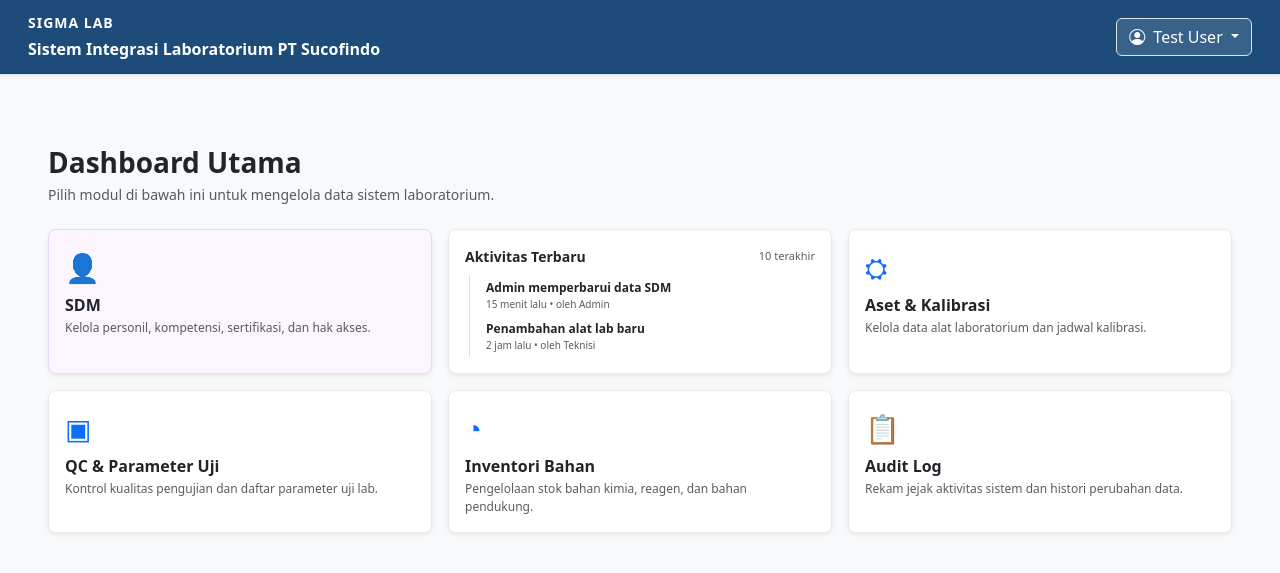
Repository: amelianeesa/sigmalab
Page: http://localhost/dashboard
An editor plug-in stored every save of this project. The page is shown before and after the next save, followed by the edit.
The browser window is 1280 px wide. The pictures show the whole page.
The page is served by the project's Laravel application, run on PHP 8.4 with Laravel 12. A made-up administrator, Test User (test@example.com), is signed in. Other server files are loaded and not shown.

Above is the page before, as saved 2026-08-06 13:17:26.

### routes/web.php
<?php

use Illuminate\Support\Facades\Route;
use App\Http\Controllers\AuthController;
use App\Http\Controllers\SdmController;

Route::get('/', [AuthController::class, 'showLogin']);
Route::get('/login', [AuthController::class, 'showLogin'])->name('login');
Route::post('/login', [AuthController::class, 'processLogin'])->name('login.process');

Route::get('/register', [AuthController::class, 'showRegister'])->name('register');
Route::post('/register', [AuthController::class, 'processRegister'])->name('register.process');

Route::post('/logout', [AuthController::class, 'logout'])->name('logout');

Route::middleware(['auth'])->group(function () {

    Route::get('/dashboard', function () {
        return view('dashboard-index');
    })->name('dashboard');

    Route::get('/sdm', [SdmController::class, 'index'])->name('sdm.index');
    Route::get('/sdm/create', [SdmController::class, 'create'])->name('sdm.create');
    Route::post('/sdm', [SdmController::class, 'store'])->name('sdm.store');
    Route::get('/sdm/{id}/edit', [SdmController::class, 'edit'])->name('sdm.edit');
    Route::put('/sdm/{id}', [SdmController::class, 'update'])->name('sdm.update');
    Route::delete('/sdm/{id}', [SdmController::class, 'destroy'])->name('sdm.destroy');
    Route::patch('/sdm/{id}/aktifkan', [SdmController::class, 'activate'])->name('sdm.activate');
    Route::delete('/sdm/{id}/permanen', [SdmController::class, 'forceDestroy'])->name('sdm.force-destroy');

    Route::get('/sdm/{id}/kompetensi', [SdmController::class, 'kompetensiDetail'])->name('sdm.kompetensi.detail');
    Route::post('/sdm/{id}/kompetensi', [SdmController::class, 'storeKompetensi'])->name('sdm.kompetensi.store');
    Route::put('/sdm/{id}/kompetensi/{kompetensiId}', [SdmController::class, 'updateKompetensi'])->name('sdm.kompetensi.update');
    Route::delete('/sdm/{id}/kompetensi/{kompetensiId}', [SdmController::class, 'destroyKompetensi'])->name('sdm.kompetensi.destroy');
    Route::get('/sdm/{id}/cv', [SdmController::class, 'showCv'])->name('sdm.cv');
});

### app/Models/User.php
<?php

namespace App\Models;

use Illuminate\Database\Eloquent\Factories\HasFactory;
use Illuminate\Foundation\Auth\User as Authenticatable;
use Illuminate\Notifications\Notifiable;

class User extends Authenticatable
{
    use HasFactory, Notifiable;

    protected $table = 'users';
    protected $primaryKey = 'users_id';

    protected $fillable = [
        'personil_id',
        'username',
        'email',
        'password',
        'role_id',
        'status_aktif',
    ];

    protected $hidden = [
        'password',
    ];

    public function personil()
    {
        return $this->belongsTo(Personil::class, 'personil_id', 'personil_id');
    }

    public function role()
    {
        return $this->belongsTo(Role::class, 'role_id', 'roles_id');
    }
}

### resources/views/dashboard-index.blade.php
@extends('layouts.app')

@section('content')
<div class="container-fluid px-4 py-4">

    <!-- Header Sederhana -->
    <div class="mb-4">
        <h3 class="fw-bold text-dark mb-1">Dashboard Utama</h3>
        <p class="text-muted small mb-0">Pilih modul di bawah ini untuk mengelola data sistem laboratorium.</p>
    </div>

    <!-- Grid Modul & Aktivitas (Total 6 slot: 5 modul + 1 panel aktivitas) -->
    <div class="row g-3">

        <!-- SDM (Modul Utama) -->
        <div class="col-12 col-sm-6 col-lg-4">
            <a href="{{ route('sdm.index') }}" class="text-decoration-none">
                <div class="card h-100 shadow-sm rounded-3 border transition-card sdm-card">
                    <div class="card-body p-3">
                        <div class="mb-2 fs-3 text-purple">👤</div>
                        <h6 class="fw-bold text-dark mb-1">SDM</h6>
                        <p class="text-muted small mb-0" style="font-size: 12px;">Kelola personil, kompetensi, sertifikasi, dan hak akses.</p>
                    </div>
                </div>
            </a>
        </div>

        <!-- AKTIVITAS TERBARU (Ditaruh tepat di sebelah SDM agar formasi grid 3x2 rapi) -->
        <div class="col-12 col-sm-6 col-lg-4">
            <div class="card h-100 shadow-sm rounded-3 border border-light-subtle">
                <div class="card-body p-3">
                    <div class="d-flex justify-content-between align-items-center mb-2">
                        <span class="fw-bold text-dark" style="font-size: 14px;">Aktivitas Terbaru</span>
                        <span class="text-muted" style="font-size: 11px;">10 terakhir</span>
                    </div>

                    <div class="border-start ps-3 ms-1 py-1" style="border-color: #dee2e6 !important;">
                        <div class="mb-2 position-relative">
                            <div class="fw-semibold text-dark" style="font-size: 12px;">Admin memperbarui data SDM</div>
                            <div class="text-muted" style="font-size: 10px;">15 menit lalu • oleh Admin</div>
                        </div>

                        <div class="position-relative">
                            <div class="fw-semibold text-dark" style="font-size: 12px;">Penambahan alat lab baru</div>
                            <div class="text-muted" style="font-size: 10px;">2 jam lalu • oleh Teknisi</div>
                        </div>
                    </div>
                </div>
            </div>
        </div>

        <!-- Aset & Kalibrasi -->
        <div class="col-12 col-sm-6 col-lg-4">
            <a href="#" class="text-decoration-none">
                <div class="card h-100 shadow-sm rounded-3 border border-light-subtle transition-card">
                    <div class="card-body p-3">
                        <div class="mb-2 fs-3 text-primary">⛭</div>
                        <h6 class="fw-bold text-dark mb-1">Aset & Kalibrasi</h6>
                        <p class="text-muted small mb-0" style="font-size: 12px;">Kelola data alat laboratorium dan jadwal kalibrasi.</p>
                    </div>
                </div>
            </a>
        </div>

        <!-- QC & Parameter Uji -->
        <div class="col-12 col-sm-6 col-lg-4">
            <a href="#" class="text-decoration-none">
                <div class="card h-100 shadow-sm rounded-3 border border-light-subtle transition-card">
                    <div class="card-body p-3">
                        <div class="mb-2 fs-3 text-primary">▣</div>
                        <h6 class="fw-bold text-dark mb-1">QC & Parameter Uji</h6>
                        <p class="text-muted small mb-0" style="font-size: 12px;">Kontrol kualitas pengujian dan daftar parameter uji lab.</p>
                    </div>
                </div>
            </a>
        </div>

        <!-- Inventori Bahan -->
        <div class="col-12 col-sm-6 col-lg-4">
            <a href="#" class="text-decoration-none">
                <div class="card h-100 shadow-sm rounded-3 border border-light-subtle transition-card">
                    <div class="card-body p-3">
                        <div class="mb-2 fs-3 text-primary">◔</div>
                        <h6 class="fw-bold text-dark mb-1">Inventori Bahan</h6>
                        <p class="text-muted small mb-0" style="font-size: 12px;">Pengelolaan stok bahan kimia, reagen, dan bahan pendukung.</p>
                    </div>
                </div>
            </a>
        </div>

        <!-- Audit Log -->
        <div class="col-12 col-sm-6 col-lg-4">
            <a href="#" class="text-decoration-none">
                <div class="card h-100 shadow-sm rounded-3 border border-light-subtle transition-card">
                    <div class="card-body p-3">
                        <div class="mb-2 fs-3 text-primary">📋</div>
                        <h6 class="fw-bold text-dark mb-1">Audit Log</h6>
                        <p class="text-muted small mb-0" style="font-size: 12px;">Rekam jejak aktivitas sistem dan histori perubahan data.</p>
                    </div>
                </div>
            </a>
        </div>

    </div>

</div>

<!-- CSS Styling Sederhana -->
<style>
    .transition-card {
        transition: transform 0.2s ease, box-shadow 0.2s ease;
    }
    .transition-card:hover {
        transform: translateY(-2px);
        box-shadow: 0 .25rem .75rem rgba(0,0,0,.08) !important;
    }
    .sdm-card {
        background-color: #faf5ff;
        border-color: #e9d5ff !important;
    }
    .text-purple {
        color: #7e22ce;
    }
</style>
@endsection

### resources/views/layouts/app.blade.php
<!DOCTYPE html>
<html lang="id">

<head>
    <meta charset="UTF-8">
    <title>Dashboard - SIGMALAB Sucofindo</title>
    <link href="https://cdn.jsdelivr.net/npm/bootstrap@5.3.0/dist/css/bootstrap.min.css" rel="stylesheet">
    <link href="https://cdn.jsdelivr.net/npm/bootstrap-icons@1.10.5/font/bootstrap-icons.css" rel="stylesheet">
    <style>
        body {
            background-color: #f8f9fa;
        }

        :root{
            --sdm-50: #eef0f1;
            --sdm-500: #1d4c7a;
            --sdm-600: #1d4c7a;
            --sdm-700: #163d63;
        }

        #content {
            margin-left: 0;
            padding: 24px;
            padding-top: 48px; /* reduced space under sticky navbar */
        }

        .top-navbar {
            background: var(--sdm-600);
            padding: 12px 28px;
            border-bottom: 1px solid var(--sdm-700);
            margin-left: 0;
            display: flex;
            justify-content: space-between;
            align-items: center;
            position: sticky;
            top: 0;
            z-index: 1020;
            min-height: 64px;
            color: #fff;
        }
        .top-navbar .text-secondary { color: rgba(255,255,255,.75) !important; }
        .top-navbar .fw-bold { color: #fff !important; }
        .top-navbar .dropdown .btn {
            background: rgba(255,255,255,.12);
            color: #fff;
            border-color: rgba(255,255,255,.18);
        }

        /* Prevent long/unexpected text from breaking header layout */
        .top-navbar .dropdown button {
            max-width: 220px;
            overflow: hidden;
            text-overflow: ellipsis;
            white-space: nowrap;
        }

        /* Make cards in dashboard more consistent and avoid overflow */
        .card.h-100 .card-body { min-height: 120px; }
        .card .card-body p { word-break: break-word; }
        /* Module card utilities */
        .module-card { transition: transform .12s ease, box-shadow .12s ease, border-color .12s ease; }
        .module-card:hover { transform: translateY(-4px); box-shadow: 0 12px 30px rgba(15,35,59,.08); }
        .sdm-highlight { border-color: var(--sdm-600) !important; }

        /* SDM theme helpers */
        .sdm-text { color: var(--sdm-600) !important; }
        .sdm-btn { background: var(--sdm-600); border-color: var(--sdm-600); color: #fff; }
        .sdm-border { border-color: rgba(76,29,149,0.12); }
    </style>
</head>

<body>
    <!-- Sidebar removed: content now full-width -->

    <div class="top-navbar shadow-sm">
        <div>
            <span class="text-uppercase text-secondary fs-7 fw-bold d-block mb-1" style="font-size: 14px; letter-spacing: 1px;">SIGMA LAB</span>
            <div class="mb-0 fw-bold">Sistem Integrasi Laboratorium PT Sucofindo</div>
        </div>
        <div class="dropdown">
            <button class="btn btn-light dropdown-toggle border" type="button" data-bs-toggle="dropdown" title="Profil">
                <i class="bi bi-person-circle me-1"></i> {{ Auth::user()->name ?? Auth::user()->username ?? 'Pengguna' }}
            </button>
            <ul class="dropdown-menu dropdown-menu-end">
                <li>
                    <form action="{{ route('logout') }}" method="POST">
                        @csrf
                        <button type="submit" class="dropdown-item text-danger"><i
                                class="bi bi-box-arrow-right me-2"></i> Logout</button>
                    </form>
                </li>
            </ul>
        </div>
    </div>

    <div id="content">
        @yield('content')
    </div>

    <script src="https://cdn.jsdelivr.net/npm/bootstrap@5.3.0/dist/js/bootstrap.bundle.min.js"></script>
</body>

</html>

After the next save:
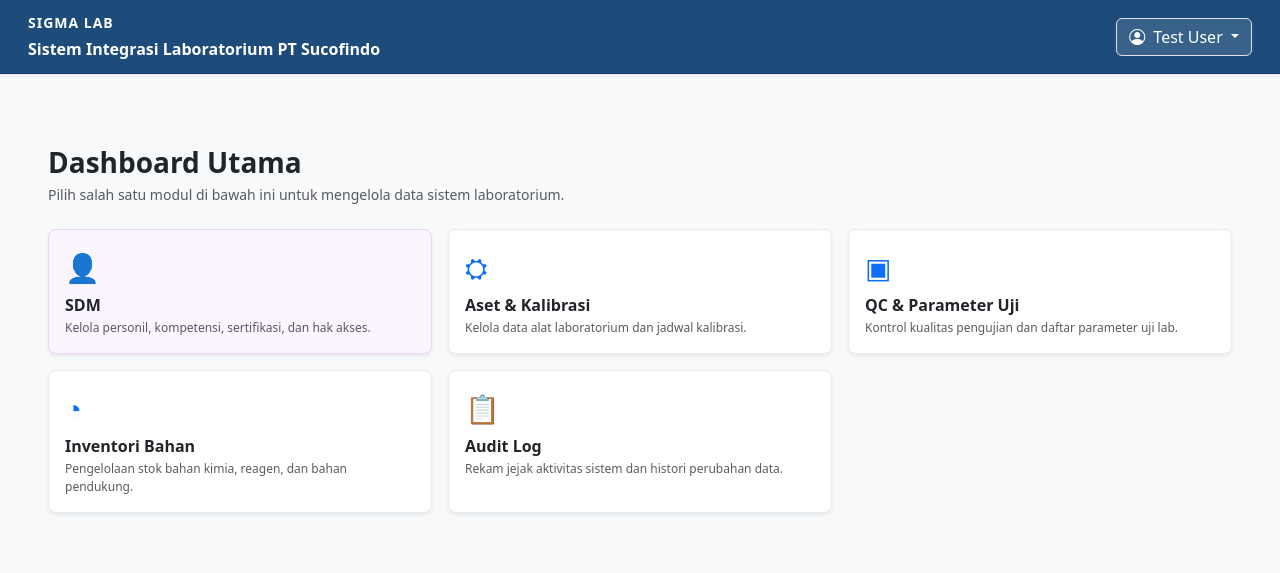
Saved 2 min 55 s later.
--- a/resources/views/dashboard-index.blade.php
+++ b/resources/views/dashboard-index.blade.php
@@ -2,17 +2,12 @@
 
 @section('content')
 <div class="container-fluid px-4 py-4">
-
-    <!-- Header Sederhana -->
     <div class="mb-4">
         <h3 class="fw-bold text-dark mb-1">Dashboard Utama</h3>
-        <p class="text-muted small mb-0">Pilih modul di bawah ini untuk mengelola data sistem laboratorium.</p>
+        <p class="text-muted small mb-0">Pilih salah satu modul di bawah ini untuk mengelola data sistem laboratorium.</p>
     </div>
 
-    <!-- Grid Modul & Aktivitas (Total 6 slot: 5 modul + 1 panel aktivitas) -->
     <div class="row g-3">
-
-        <!-- SDM (Modul Utama) -->
         <div class="col-12 col-sm-6 col-lg-4">
             <a href="{{ route('sdm.index') }}" class="text-decoration-none">
                 <div class="card h-100 shadow-sm rounded-3 border transition-card sdm-card">
@@ -25,31 +20,6 @@
             </a>
         </div>
 
-        <!-- AKTIVITAS TERBARU (Ditaruh tepat di sebelah SDM agar formasi grid 3x2 rapi) -->
-        <div class="col-12 col-sm-6 col-lg-4">
-            <div class="card h-100 shadow-sm rounded-3 border border-light-subtle">
-                <div class="card-body p-3">
-                    <div class="d-flex justify-content-between align-items-center mb-2">
-                        <span class="fw-bold text-dark" style="font-size: 14px;">Aktivitas Terbaru</span>
-                        <span class="text-muted" style="font-size: 11px;">10 terakhir</span>
-                    </div>
-
-                    <div class="border-start ps-3 ms-1 py-1" style="border-color: #dee2e6 !important;">
-                        <div class="mb-2 position-relative">
-                            <div class="fw-semibold text-dark" style="font-size: 12px;">Admin memperbarui data SDM</div>
-                            <div class="text-muted" style="font-size: 10px;">15 menit lalu • oleh Admin</div>
-                        </div>
-
-                        <div class="position-relative">
-                            <div class="fw-semibold text-dark" style="font-size: 12px;">Penambahan alat lab baru</div>
-                            <div class="text-muted" style="font-size: 10px;">2 jam lalu • oleh Teknisi</div>
-                        </div>
-                    </div>
-                </div>
-            </div>
-        </div>
-
-        <!-- Aset & Kalibrasi -->
         <div class="col-12 col-sm-6 col-lg-4">
             <a href="#" class="text-decoration-none">
                 <div class="card h-100 shadow-sm rounded-3 border border-light-subtle transition-card">
@@ -62,7 +32,6 @@
             </a>
         </div>
 
-        <!-- QC & Parameter Uji -->
         <div class="col-12 col-sm-6 col-lg-4">
             <a href="#" class="text-decoration-none">
                 <div class="card h-100 shadow-sm rounded-3 border border-light-subtle transition-card">
@@ -75,7 +44,6 @@
             </a>
         </div>
 
-        <!-- Inventori Bahan -->
         <div class="col-12 col-sm-6 col-lg-4">
             <a href="#" class="text-decoration-none">
                 <div class="card h-100 shadow-sm rounded-3 border border-light-subtle transition-card">
@@ -88,7 +56,6 @@
             </a>
         </div>
 
-        <!-- Audit Log -->
         <div class="col-12 col-sm-6 col-lg-4">
             <a href="#" class="text-decoration-none">
                 <div class="card h-100 shadow-sm rounded-3 border border-light-subtle transition-card">
@@ -100,12 +67,9 @@
                 </div>
             </a>
         </div>
-
     </div>
-
 </div>
 
-<!-- CSS Styling Sederhana -->
 <style>
     .transition-card {
         transition: transform 0.2s ease, box-shadow 0.2s ease;
